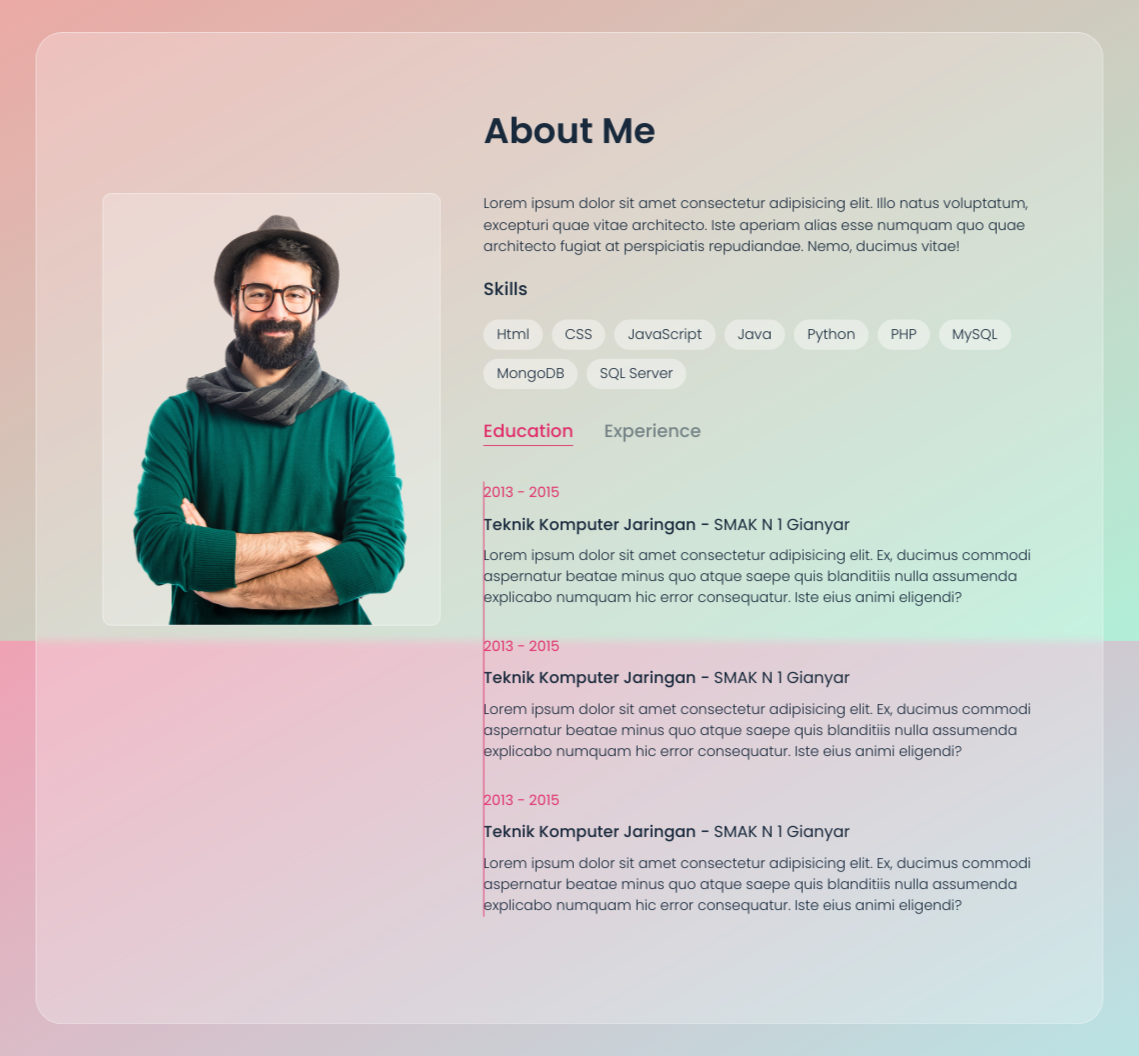
Repository: dewaary/Glassmorp-me
Page: index.html
The author's editor kept a copy of each file at every save. The page is drawn from the files as they stood at one save, then again after the next save.
The browser window is 1280 px wide. The pictures show the whole page, at 89% of full size.
Backgrounds fixed to the window are drawn as part of the page.

Above is the page before, as saved 2021-05-25 23:00:02.
Not found: js/script,js

### index.html
<!DOCTYPE html>
<html lang="en">

<head>
    <meta charset="UTF-8">
    <meta http-equiv="X-UA-Compatible" content="IE=edge">
    <meta name="viewport" content="width=device-width, initial-scale=1.0">
    <link rel="stylesheet" href="style.css">
    <title>Document</title>
</head>

<body>
    <div class="main">
        <section class="home-section align-items-center hidden">
            <div class="container">
                <div class="row align-items-center">
                    <div class="home-text">
                        <p>Hello, I'm</p>
                        <h1>Dewa Ari</h1>
                        <h2>Full-Stack Web Developer</h2>
                        <a href="#" class="btn">more about me</a>
                        <a href="#" class="btn">portfolio</a>
                    </div>
                    <div class="home-img">
                        <div class="img-box">
                            <img src="img/profile-img.png" alt="profile-img">
                        </div>
                    </div>
                </div>
            </div>
        </section>

        <!-- About Section -->
        <section class="about-section sec-padding">
            <div class="container">
                <div class="row">
                    <div class="section-title">
                        <h2>About me</h2>
                    </div>
                </div>
                <div class="row">
                    <div class="about-img">
                        <div class="img-box">
                            <img src="img/about-img.png" alt="About Image">
                        </div>
                    </div>
                    <div class="about-text">
                        <p>Lorem ipsum dolor sit amet consectetur adipisicing elit. Illo natus voluptatum, excepturi
                            quae vitae architecto. Iste aperiam alias esse numquam quo quae architecto fugiat at
                            perspiciatis repudiandae. Nemo, ducimus vitae!</p>
                        <h3>Skills</h3>
                        <div class="skills">
                            <div class="skill-item">Html</div>
                            <div class="skill-item">CSS</div>
                            <div class="skill-item">JavaScript</div>
                            <div class="skill-item">Java</div>
                            <div class="skill-item">Python</div>
                            <div class="skill-item">PHP</div>
                            <div class="skill-item">MySQL</div>
                            <div class="skill-item">MongoDB</div>
                            <div class="skill-item">SQL Server</div>
                        </div>

                        <div class="about-tabs">
                            <button type="button" class="tab-item active" data-target="#education">Education</button>
                            <button type="button" class="tab-item" data-target="#experience">Experience</button>
                        </div>
                        <div class="tab-content" id="education">
                            <div class="timeline">
                                <div class="timeline-item">
                                    <span class="date">2013 - 2015</span>
                                    <h4>Teknik Komputer Jaringan - <span>SMAK N 1 Gianyar</span></h4>
                                    <p>Lorem ipsum dolor sit amet consectetur adipisicing elit. Ex, ducimus commodi
                                        aspernatur beatae minus quo atque saepe quis blanditiis nulla assumenda
                                        explicabo numquam hic error consequatur. Iste eius animi eligendi?</p>
                                </div>
                                <div class="timeline-item">
                                    <span class="date">2013 - 2015</span>
                                    <h4>Teknik Komputer Jaringan - <span>SMAK N 1 Gianyar</span></h4>
                                    <p>Lorem ipsum dolor sit amet consectetur adipisicing elit. Ex, ducimus commodi
                                        aspernatur beatae minus quo atque saepe quis blanditiis nulla assumenda
                                        explicabo numquam hic error consequatur. Iste eius animi eligendi?</p>
                                </div>
                                <div class="timeline-item">
                                    <span class="date">2013 - 2015</span>
                                    <h4>Teknik Komputer Jaringan - <span>SMAK N 1 Gianyar</span></h4>
                                    <p>Lorem ipsum dolor sit amet consectetur adipisicing elit. Ex, ducimus commodi
                                        aspernatur beatae minus quo atque saepe quis blanditiis nulla assumenda
                                        explicabo numquam hic error consequatur. Iste eius animi eligendi?</p>
                                </div>
                            </div>
                        </div>
                        <!-- Education Start -->


                    </div>
                </div>
            </div>
        </section>

    </div>
    <script src="js/script,js"></script>
</body>

</html>

### style.css
/* Fonts */
@import url("https://fonts.googleapis.com/css2?family=Poppins:wght@300;400;500;600;700&display=swap");

/* Variables */

:root {
  --main-color: #e02f6b;
  --blue: #0000ff;
  --blue-dark: #18293c;
  --orange: #ffa500;
  --green-yellow: #cddc39;
  --pink-light: #efa2b4;
  --cyan-light: #aef1ee;
  --white: #ffffff;
  --white-alpha-40: rgba(255, 255, 255, 0.4);
  --white-alpha-25: rgba(255, 255, 255, 0.25);
  --backdrop-filter-blur: blur(5px);
}

* {
  box-sizing: border-box;
  padding: 0;
  margin: 0;
  outline: none;
}

::before,
::after {
  box-sizing: border-box;
}

body {
  min-height: 100vh;
  background-image: linear-gradient(
    to bottom right,
    var(--pink-light),
    var(--cyan-light)
  );
  background-attachment: fixed;
  font-size: 16px;
  font-family: "Poppins", sans-serif;
  font-weight: 300;
  color: var(--blue-dark);
  line-height: 1.5;
  overflow-x: hidden;
  -webkit-tap-highlight-color: transparent;
  padding: 5vh 15px;
}

body::before {
  content: "";
  position: fixed;
  left: 0;
  top: 0;
  height: 100%;
  width: 100%;
  background-color: var(--green-yellow);
  z-index: -1;
  opacity: 0.12;
}

a {
  text-decoration: none;
}

h1,
h2 {
  font-weight: 600;
}

h3,
h4,
h5,
h6 {
  font-weight: 500;
}

img {
  max-width: 100%;
  vertical-align: middle;
}

section {
  background-color: var(--white-alpha-25);
  border: 1px solid var(--white-alpha-40);
  min-height: 90vh;
  border-radius: 30px;
  backdrop-filter: var(--backdrop-filter-blur);
}

.main {
  max-width: 1200px;
  margin: auto;
}

.row {
  display: flex;
  flex-wrap: wrap;
}

.container {
  padding: 0 40px;
  width: 100%;
}

.align-items-center {
  align-items: center;
}

.hidden {
  display: none !important;
}

.sec-padding {
  padding: 80px 0;
}

/* Section Tittle */
.section-title {
  padding: 0 15px;
  width: 100%;
  text-align: center;
  margin-bottom: 40px;
}

.section-title h2 {
  font-size: 40px;
  text-transform: capitalize;
}

/* Custome Scroolbar */

::-webkit-scrollbar {
  width: 5px;
}

::-webkit-scrollbar-track {
  background-color: var(--white);
}

::-webkit-scrollbar-thumb {
  background-color: var(--main-color);
}

/*
Buttons */

button {
  font-family: inherit;
  user-select: none;
}

.btn {
  line-height: 1.5;
  background-color: var(--white-alpha-25);
  border: 1px solid var(--white-alpha-40);
  padding: 10px 28px;
  display: inline-block;
  border-radius: 30px;
  color: var(--main-color);
  font-weight: 500;
  text-transform: capitalize;
  font-family: inherit;
  font-size: 16px;
  cursor: pointer;
  user-select: none;
  position: relative;
  overflow: hidden;
  vertical-align: middle;
  transition: width 0.3s ease;
}

.btn::before {
  content: "";
  position: absolute;
  left: 0;
  top: 0;
  height: 100%;
  width: 0%;
  background-color: var(--main-color);
  z-index: -1;
  transition: width 0.3s ease;
}

.btn:hover::before {
  width: 100%;
}
.btn:hover {
  color: var(--white);
}

/*
Home Section */

.home-section {
  display: flex;
  padding: 120px 0;
}

.home-text,
.home-img {
  width: 50%;
  padding: 15px;
}

.home-text p {
  font-size: 15px;
}

.home-text h2 {
  font-size: 20px;
  text-transform: capitalize;
  font-weight: 300;
  margin: 0 0 30px;
}

.home-text .btn {
  margin: 0 15px 15px 0;
}

.home-text h1 {
  font-size: 50px;
  text-transform: capitalize;
}

.home-img .img-box {
  max-width: 360px;
  background-color: var(--white-alpha-25);
  border-radius: 50%;
  background-color: var(--white-alpha-25);
  margin: auto;
}

.home-img .img-box img {
  width: 100%;
  border-radius: 50%;
}

/* About Section */

.about-img {
  width: 40%;
  padding: 0 15px;
}

.about-text {
  width: 60%;
  padding: 0 15px;
}

.about-img .img-box {
  background-color: var(--white-alpha-25);
  max-width: 380px;
  border: 1px solid var(--white-alpha-40);
  margin: auto;
  border-radius: 10px;
}

.about-img .img-box img {
  width: 100%;
}

.about-text h3 {
  text-transform: capitalize;
  font-size: 20px;
  margin: 20px 0;
}

.about-text .skills {
  display: flex;
  flex-wrap: wrap;
}

.about-text .skill-item {
  background-color: var(--white-alpha-25);
  background-color: var(--white-alpha-40);
  padding: 5px 15px;
  text-transform: capitalize;
  margin: 0 10px 10px 0;
  border-radius: 20px;
}

.about-tabs {
  margin-top: 20px;
}

.about-tabs .tab-item {
  padding: 2px 0;
  background-color: transparent;
  border: none;
  text-transform: capitalize;
  display: inline-block;
  color: var(--blue-dark);
  cursor: pointer;
  font-size: 20px;
  font-weight: 500;
  margin: 0 30px 0 0;
  position: relative;
  opacity: 0.5;
  transition: all 0.3s ease;
}

.about-tabs .tab-item:last-child {
  margin: 0;
}

.about-tabs .tab-item::before {
  content: "";
  position: absolute;
  left: 0;
  bottom: 0;
  width: 0%;
  height: 1px;
  background-color: var(--blue-dark);
  transition: width 0.3s ease;
}

.about-tabs .tab-item:hover::before {
  width: 100%;
}

.about-tabs .tab-item.active::before {
  width: 100%;
  background-color: var(--main-color);
}

.about-tabs .tab-item.active {
  color: var(--main-color);
  opacity: 1;
  cursor: auto;
}

.about-text .timeline{
  position: relative;
}

.about-text .timeline::before{
  content: '';
  position: absolute;
  height: 100%;
  width: 1px;
  background-color: var(--main-color);
}

.about-text .tab-content {
  padding: 40px 0;
}

.about-text .timeline-item {
  margin-bottom: 30px;
}

.about-text .timeline-item:last-child {
  margin-bottom: 0;
}

.about-text .timeline-item .date {
  display: block;
  color: var(--main-color);
  font-weight: 400;
  margin: 0 0 10px;
}
.about-text .timeline-item h4 {
  font-size: 18px;
  text-transform: capitalize;
  margin: 0 0 10px;
}
.about-text .timeline-item h4 span {
  font-weight: 400;
}

After the next save:
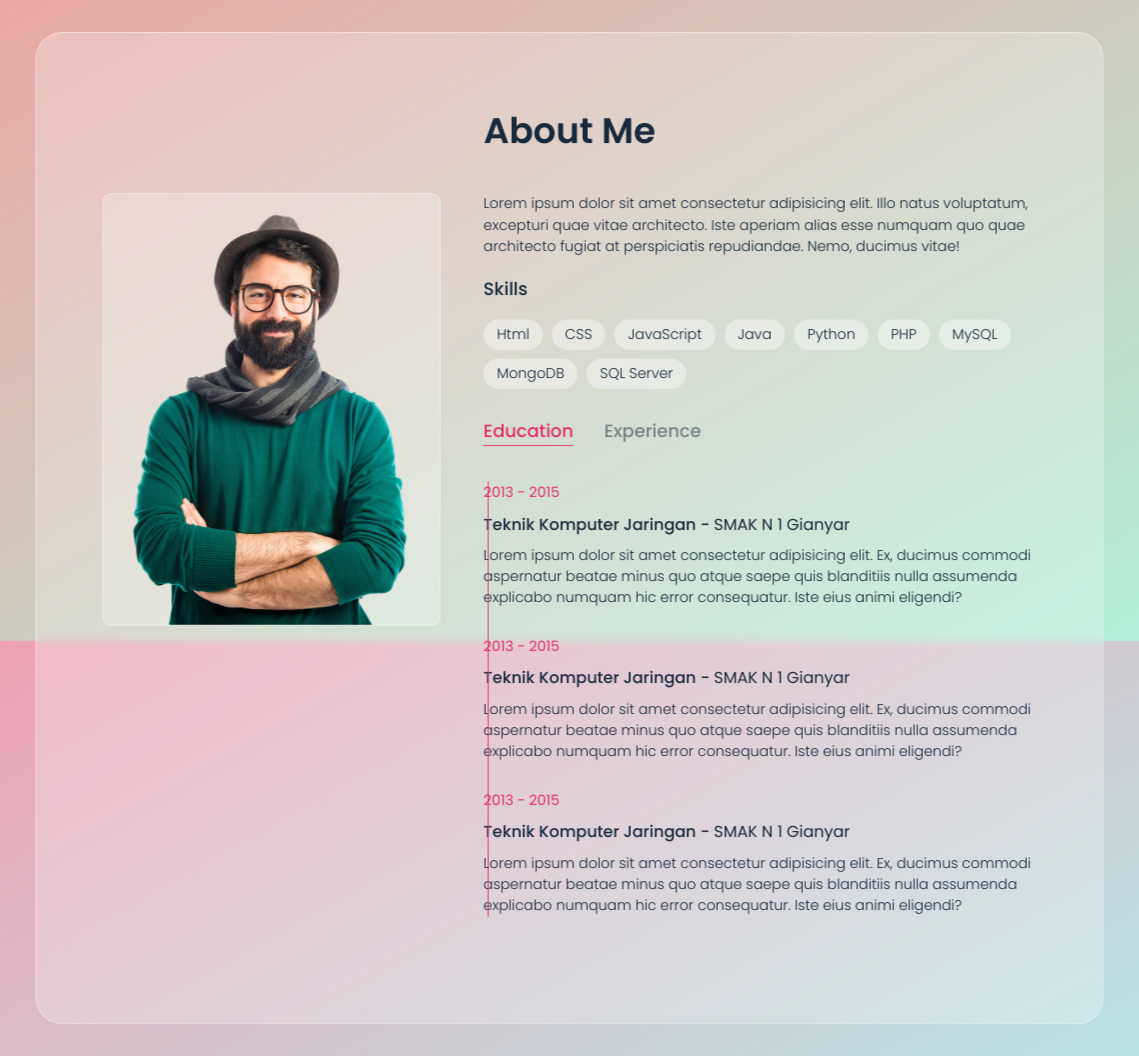
Saved 44 s later.
--- a/style.css
+++ b/style.css
@@ -339,6 +339,8 @@ Home Section */
   position: absolute;
   height: 100%;
   width: 1px;
+  top: 0;
+  left: 5px;
   background-color: var(--main-color);
 }
 
